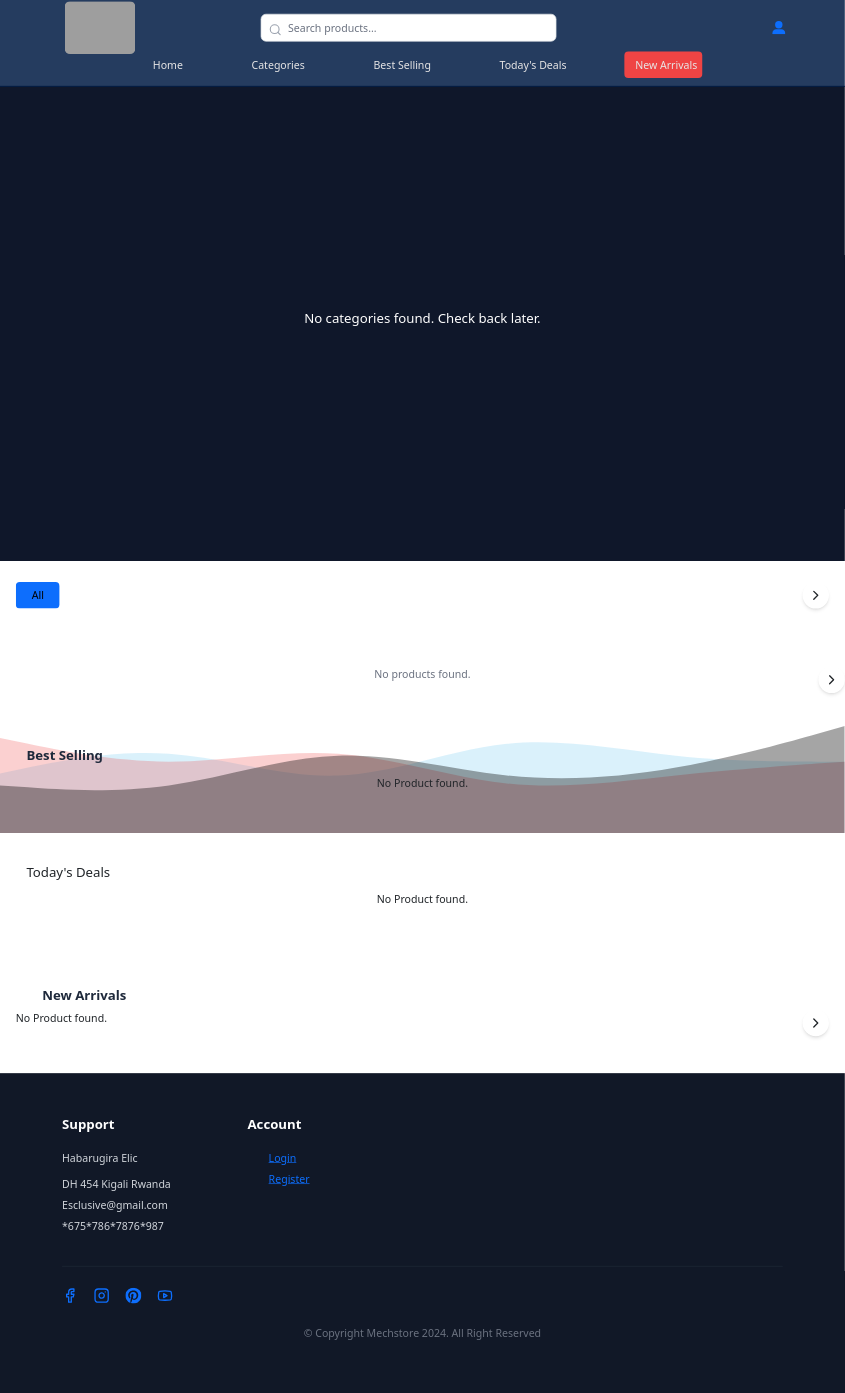
Repository: magicdeveloper250/future
Page: / (app in frontend/)
An editor plug-in stored every save of this project. The page is shown before and after the next save, followed by the edit.
The browser window is 1280 px wide. The pictures show the whole page, at 66% of full size.
Pictures or frames that could not be fetched are drawn as grey boxes. The page's requests for data from a server got no answer. The project was rebuilt for these pictures with package versions that can differ from the ones it lists, and the page was loaded fresh each time. No one was signed in, and anything a server would have sent is missing. Also part of the build but not shown: frontend/vite.config.js, frontend/src/hooks/useUser.js, frontend/src/components/Sidebar.jsx, frontend/src/components/Header.jsx, frontend/src/pages/DashboardPage.jsx, frontend/src/pages/ProductPage.jsx, frontend/src/components/ProductT.jsx, frontend/src/components/Card.jsx and 18 more.

Above is the page before, as saved 2025-03-26 15:45:49.

After the next save:
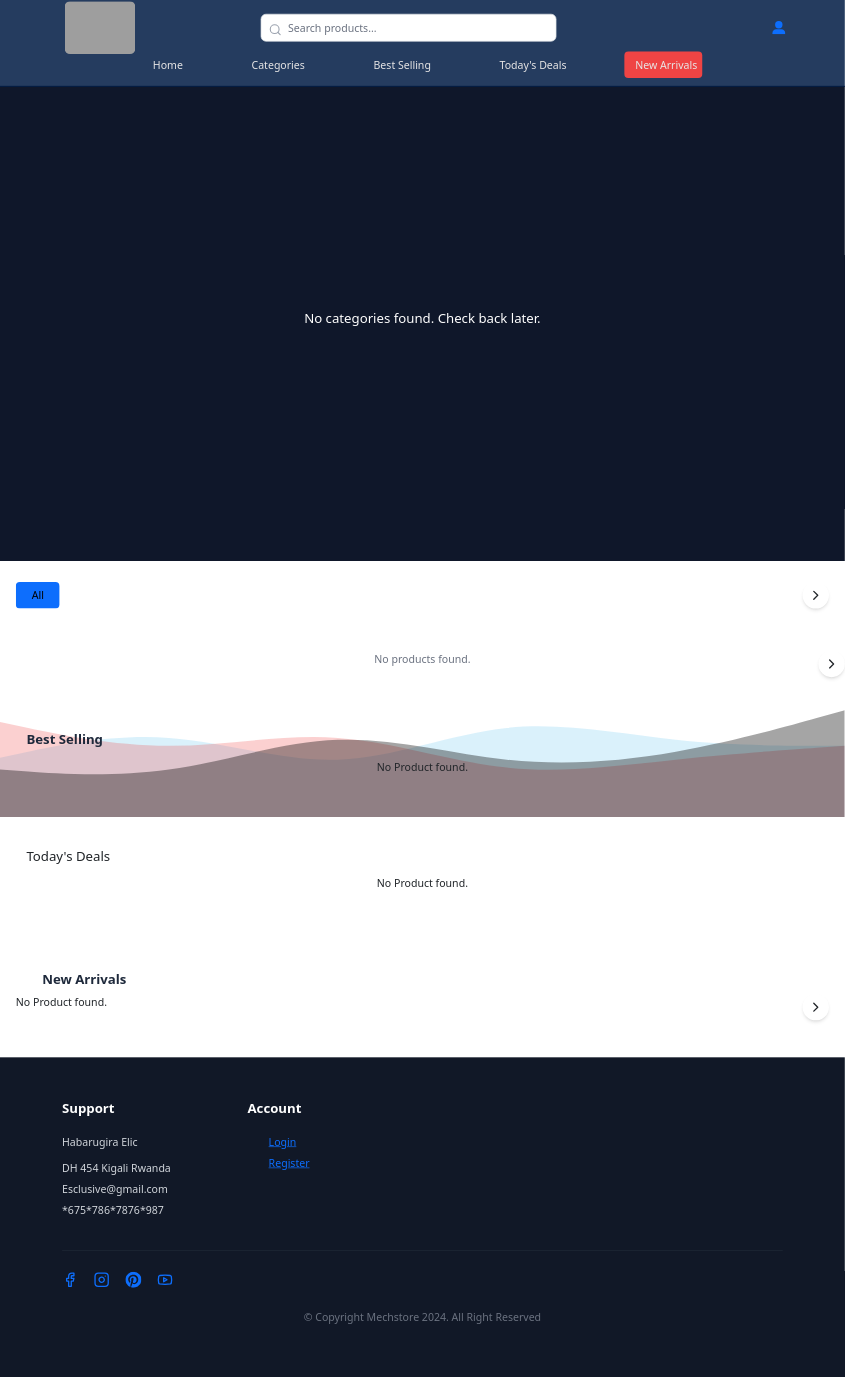
Saved 16 s later.
--- a/frontend/src/components/Categories/Categories.jsx
+++ b/frontend/src/components/Categories/Categories.jsx
@@ -70,7 +70,7 @@ const Categories = () => {
 
   return (
     <div className="w-full">
-      <div className="flex flex-wrap gap-1 items-center justify-between mb-6">
+      <div className="flex flex-wrap gap-1 items-center justify-between">
         <CategoriesScroller categories={categoryTypes} onSelectCategory={setSelectedFilter}/>
       </div>
 
